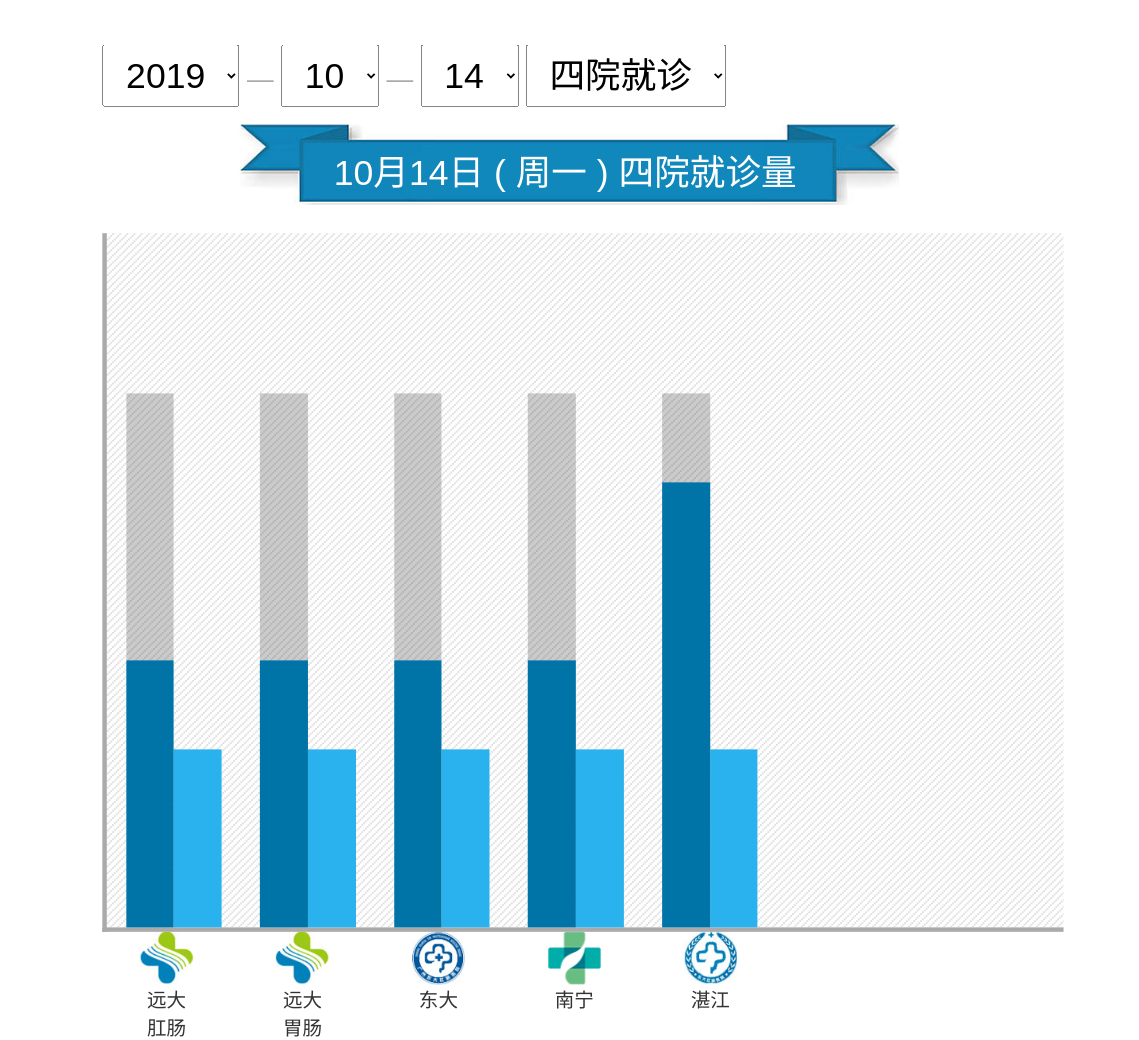
Repository: jerryyan/project
Page: http://localhost/m/jzchart.php
An editor plug-in stored every save of this project. The page is shown before and after the next save, followed by the edit.
The browser window is 1280 px wide. The pictures show the whole page, at 89% of full size.
The page is run by PHP 8.4 with error messages shown; the project is at /var/www/html/. The session is filled in as if someone had signed in: {"name": "admin"}.

Above is the page before, as saved 2019-10-16 09:25:35.

After the next save:
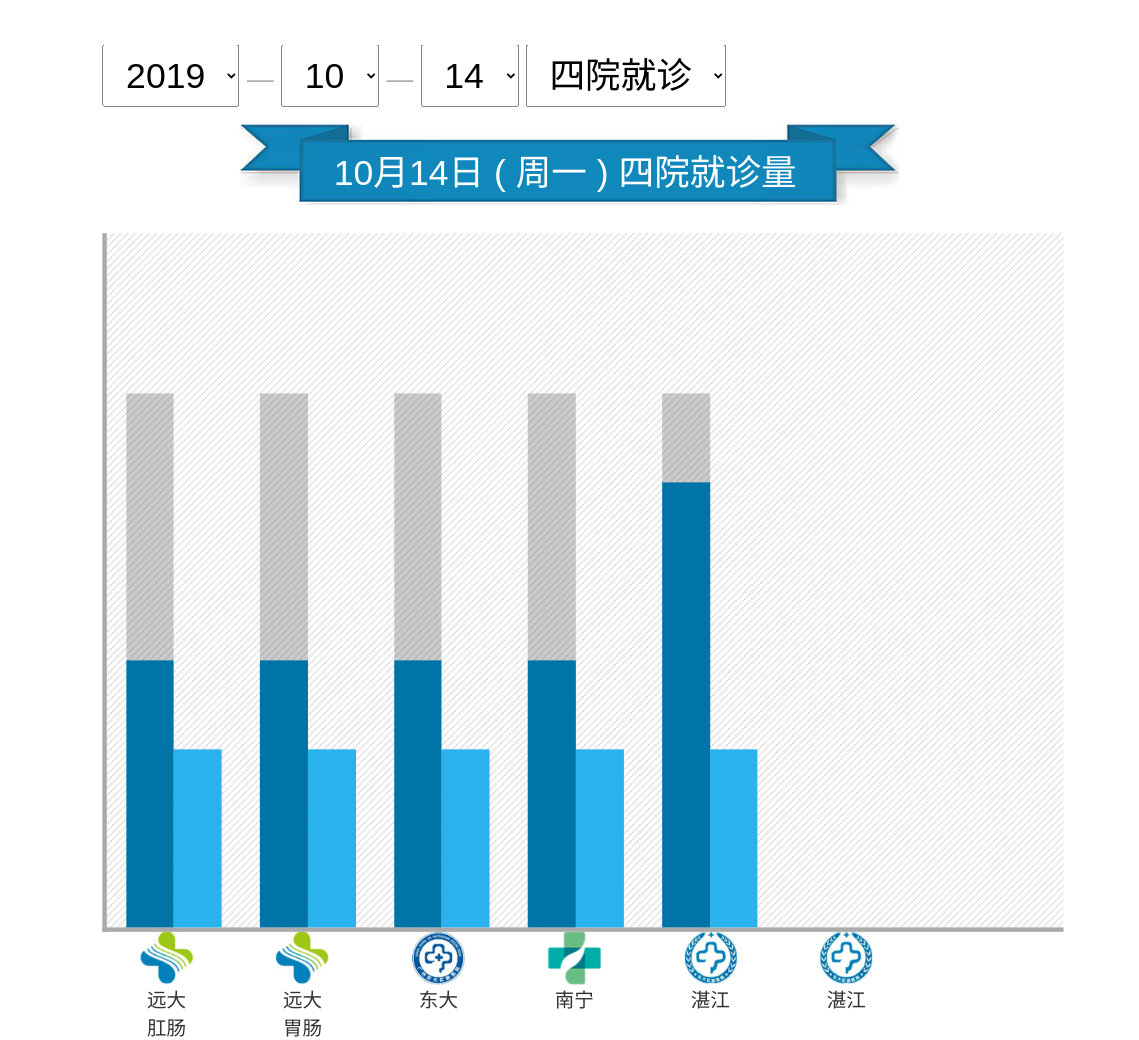
Saved 3 min 51 s later.
--- a/m/jzchart.php
+++ b/m/jzchart.php
@@ -86,6 +86,7 @@
                     <li><img src="/images/logo_dd.jpg">东大</li>
                     <li><img src="/images/logo_nn.jpg">南宁</li>
                     <li><img src="/images/logo_zj.jpg">湛江</li>
+                    <li><img src="/images/logo_zj.jpg">湛江</li>
                 </ul>
             </div>
         </div>
